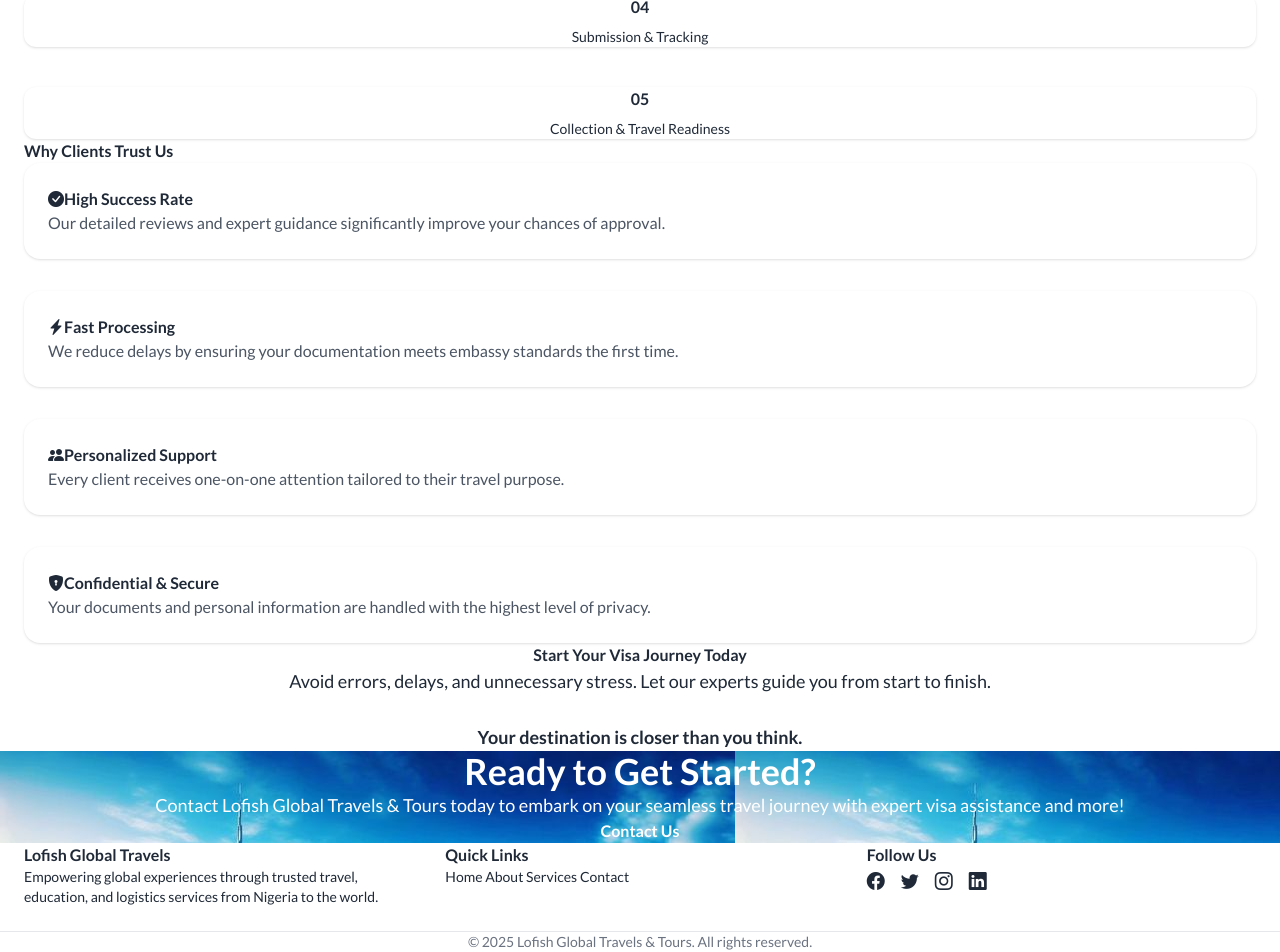
Repository: PhantomMiles/Lofish-Travels-and-Tours
Page: visa.html
The author's editor kept a copy of each file at every save. The page is drawn from the files as they stood at one save, then again after the next save.
The browser window is 1280 px wide. The pictures show the part of the page from y = 1261 to 2213 px (the page is 2213 px tall before and 2105 px after).
A picture or video elsewhere on the page could not be fetched, so the positions and the page height are approximate.

Above is the page before, as saved 2025-11-14 14:21:11.

After the next save:
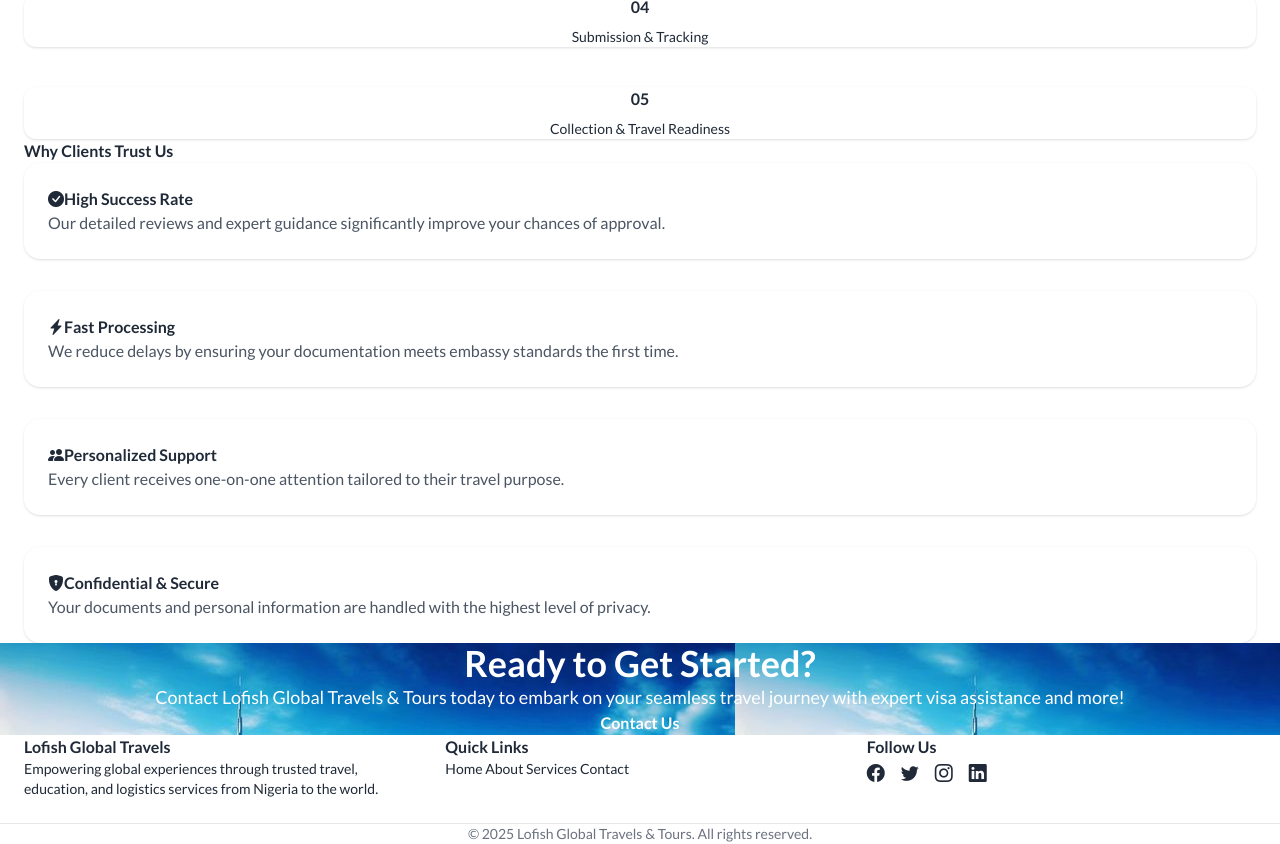
Saved 30 s later.
--- a/visa.html
+++ b/visa.html
@@ -238,12 +238,7 @@
 
         <!-- FINAL NOTE -->
         <section class="text-center max-w-3xl mx-auto">
-            <h3 class="text-3xl font-bold text-teal-700 mb-4">Start Your Visa Journey Today</h3>
-            <p class="text-gray-700 text-lg leading-relaxed">
-            Avoid errors, delays, and unnecessary stress. Let our experts guide you from start to finish.
-            <br /><br />
-            <strong>Your destination is closer than you think.</strong>
-            </p>
+
         </section>
     </main>
 
